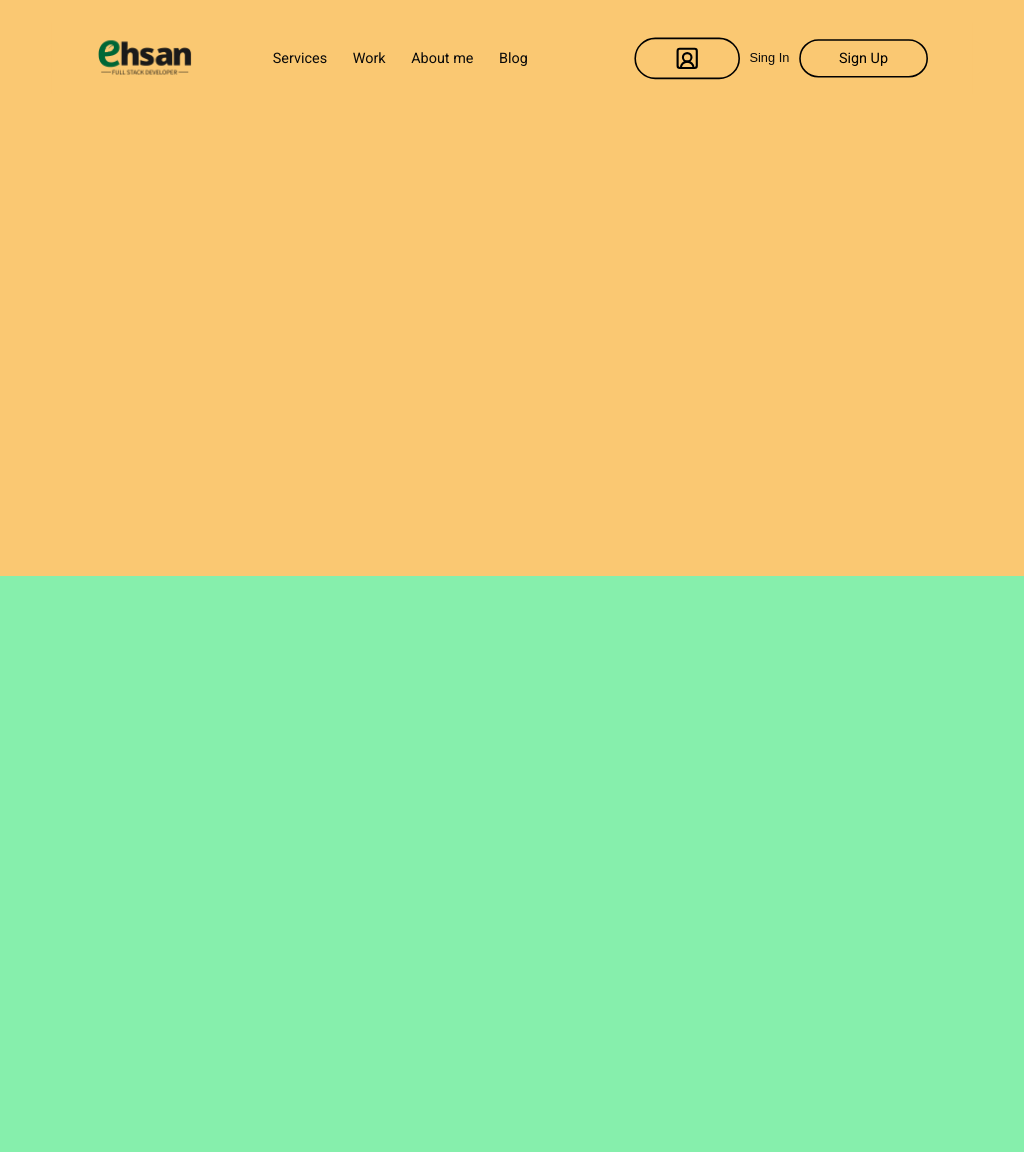
Repository: FrontendProjectsNL/mijn-portfolio-project
Page: /exercise
These files come from the project's save history. The page is drawn as it stood at one moment and after the next save; the edit follows.
The browser window is 1280 px wide. The pictures show the whole page, at 80% of full size.
The project was rebuilt for these pictures with package versions that can differ from the ones it lists, and the page was loaded fresh each time. The framework's server and built-in components were replaced by stand-ins that run in the browser. Also part of the build but not shown: next.config.mjs.

Above is the page before, as saved 2024-10-25 13:36:02.

After the next save:
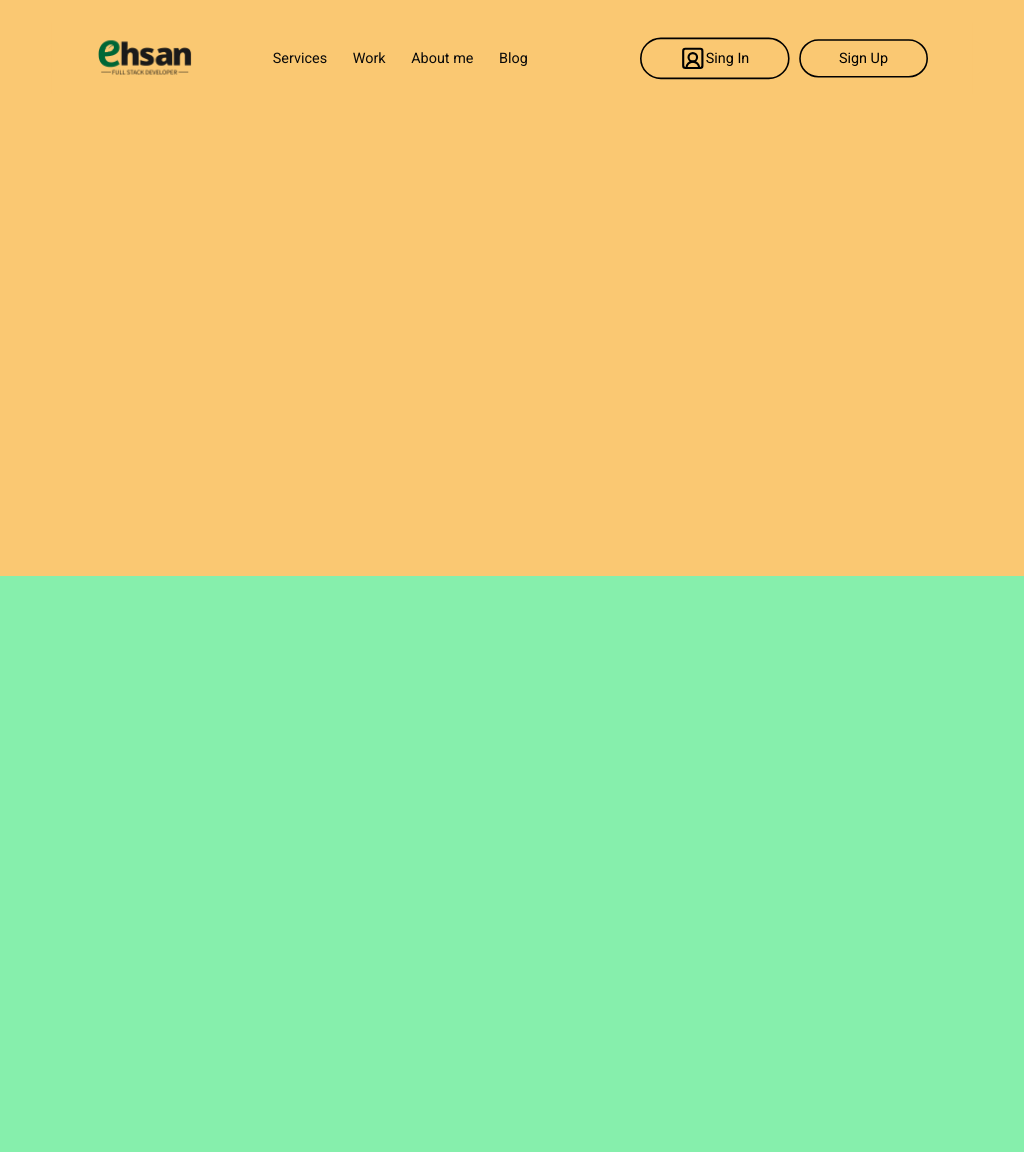
Saved 7 s later.
--- a/app/exercise/page.tsx
+++ b/app/exercise/page.tsx
@@ -77,12 +77,12 @@ const Page: React.FC<PageProps> = () => {
           <button className="font-roboto group relative inline-flex items-center overflow-hidden rounded-full border-2 border-black px-12 py-2 text-lg text-black hover:bg-gray-50 hover:text-white">
             <SquareUserRound className="w-8 h-8 transition-transform duration-300 ease-in-out hover:scale-125 font-normal" />
             {/* <CircleUser className="w-8 h-8 transition-transform duration-300 ease-in-out hover:scale-125" /> */}
+
+            {/* <User className="w-8 h-8 transition-transform duration-300 ease-in-out hover:scale-125" /> */}
+            <span className="relative transform duration-700 group-hover:-translate-x-3">
+              Sing In
+            </span>
           </button>
-
-          {/* <User className="w-8 h-8 transition-transform duration-300 ease-in-out hover:scale-125" /> */}
-          <span className="relative transform duration-700 group-hover:-translate-x-3">
-            Sing In
-          </span>
           {/* </Link> */}
 
           <button className="font-roboto group relative inline-flex items-center overflow-hidden rounded-full border-2 border-black px-12 py-2 text-lg text-black hover:bg-gray-50 hover:text-white">
